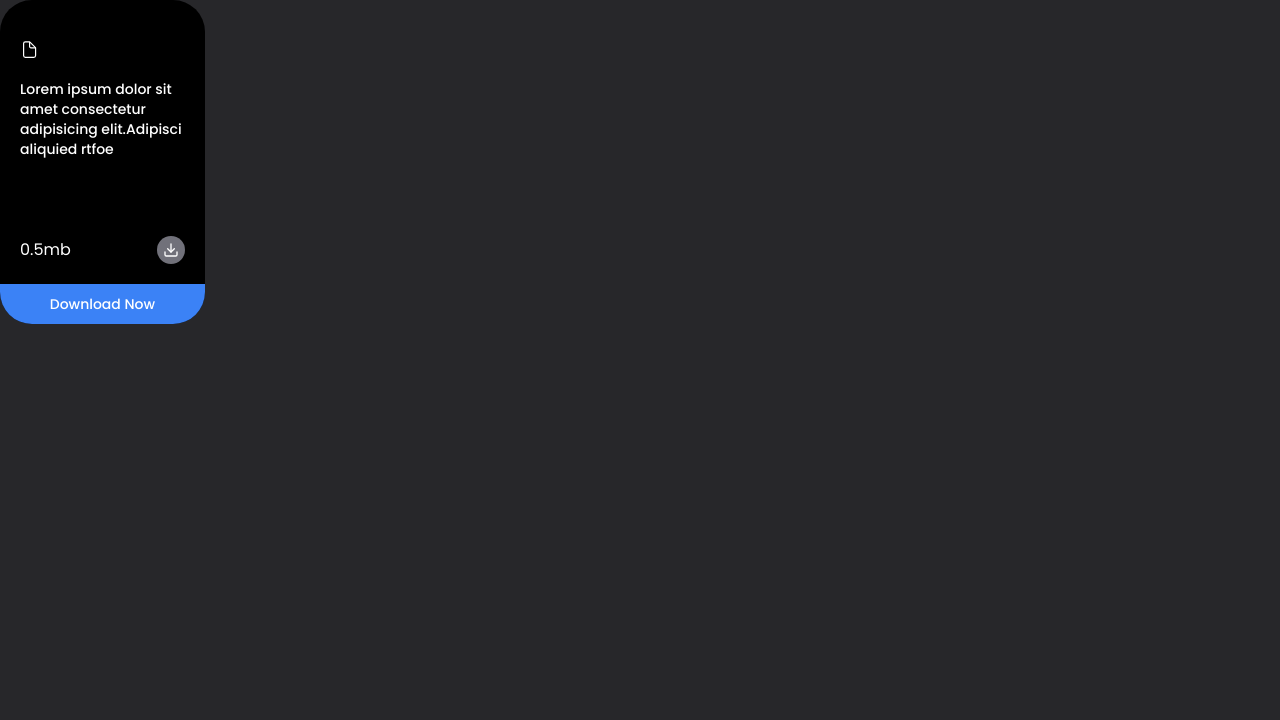
Repository: SharonSebastian32/dragable_cards
Page: /
The author's editor kept a copy of each file at every save. The page is drawn from the files as they stood at one save, then again after the next save.
The browser window is 1280 px wide. The pictures show the whole page.
Some web fonts or font styles are not loaded; a fallback is used. The project was rebuilt for these pictures with package versions that can differ from the ones it lists, and the page was loaded fresh each time. Also part of the build but not shown: vite.config.js.

Above is the page before, as saved 2024-08-21 11:13:09.

### src/App.jsx
import Background from "./Components/Background";
import Foreground from "./Components/Foreground";
import "./App.css";
const App = () => {
  return (
    <div className="w-full h-screen bg-zinc-800 relative">
      <Background />
      <Foreground />
    </div>
  );
};
export default App;

### src/Components/Background.jsx
const Background = () => {
  return <div className="w-full h-full fixed z-[2]"> </div>;
};

export default Background;

### src/Components/Foreground.jsx
import Card from "./Card";

const Foreground = () => {
  const data = [
    {
      desc: "Lorem ipsum dolor sit amet consectetur adipisicing elit.Adipisci aliquied rtfoe",
      fileSize: "0.5mb",

      close: false,
      tag: {
        isOpen: true,
        tagTitle: "Download Now",
        tagColor: "blue",
      },
    },
  ];
  return (
    <div className="w-full h-full fixed top-0 left-0 z-[3]">
      {data.map((item, index) => (
        <Card data={item} />
      ))}
    </div>
  );
};

export default Foreground;

### src/App.css
 @import url('https://fonts.googleapis.com/css2?family=Playwrite+IT+Moderna:wght@100..400&family=Poppins:ital,wght@0,100;0,200;0,300;0,400;0,500;0,600;0,700;0,800;0,900;1,100;1,200;1,300;1,400;1,500;1,600;1,700;1,800;1,900&display=swap');



 *{
  font-family: Poppins;
 }

### src/Components/Card.jsx
import { IoDocumentOutline } from "react-icons/io5";
import { LuDownload } from "react-icons/lu";
import { IoCloseSharp } from "react-icons/io5";

const Card = ({ data }) => {
  return (
    <div className="w-[16vw] h-[45vh] rounded-[2rem] text-white px-5 py-10 bg-black relative overflow-hidden">
      <IoDocumentOutline size="1.2em" />
      <p className="text-sm font-medium mt-5">{data.desc}</p>
      {/* footer   */}
      <div className="footer  absolute bottom-0 left-0 w-full h-15  ">
        <div className="flex items-center justify-between p-5">
          <h5>{data.fileSize}</h5>
          <span className="w-7 h-7 bg-zinc-500 rounded-full flex items-center justify-center cursor-pointer">
            {/* <LuDownload /> */}
            {data.close ? <IoCloseSharp /> : <LuDownload />}
          </span>
        </div>{" "}
        {/* <div className="w-full h-10 bg-blue-500 flex items-center justify-center cursor-pointer ">
          <h2 className=" text-sm font-medium"> Download Now </h2>
        </div> */}
        {data.tag.isOpen ? (
          <div
            className={`w-full h-10 ${data.tag.tagColor ==='blue'? "bg-blue-500":'bg-green-500'

            } flex items-center justify-center cursor-pointer `}
          >
            <h2 className=" text-sm font-medium">{data.tag.tagTitle}</h2>
          </div>
        ) : null}
      </div>
    </div>
  );
};

export default Card;

Loaded but not shown: index.html (common file); src/main.jsx (common file); src/index.css (common file); tailwind.config.js (common file)

After the next save:
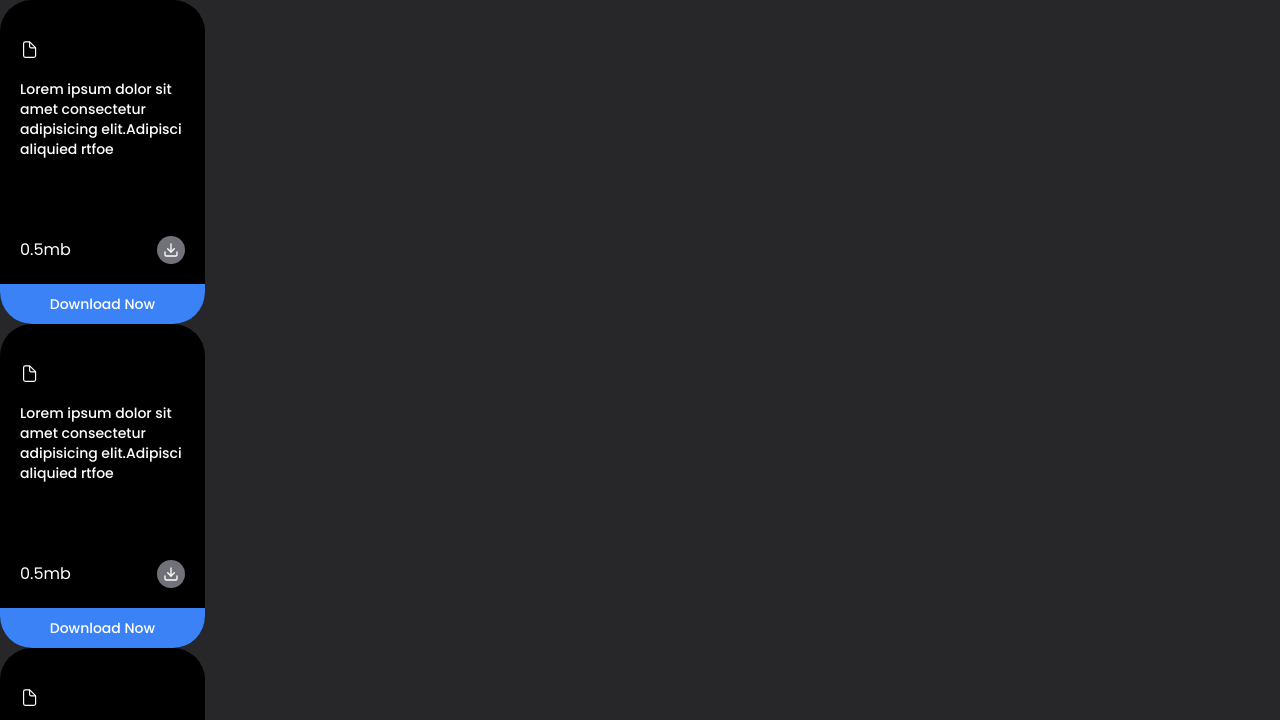
Saved 59 s later.
--- a/src/Components/Foreground.jsx
+++ b/src/Components/Foreground.jsx
@@ -2,6 +2,28 @@ import Card from "./Card";
 
 const Foreground = () => {
   const data = [
+    {
+      desc: "Lorem ipsum dolor sit amet consectetur adipisicing elit.Adipisci aliquied rtfoe",
+      fileSize: "0.5mb",
+
+      close: false,
+      tag: {
+        isOpen: true,
+        tagTitle: "Download Now",
+        tagColor: "blue",
+      },
+    },
+    {
+      desc: "Lorem ipsum dolor sit amet consectetur adipisicing elit.Adipisci aliquied rtfoe",
+      fileSize: "0.5mb",
+
+      close: false,
+      tag: {
+        isOpen: true,
+        tagTitle: "Download Now",
+        tagColor: "blue",
+      },
+    },
     {
       desc: "Lorem ipsum dolor sit amet consectetur adipisicing elit.Adipisci aliquied rtfoe",
       fileSize: "0.5mb",
